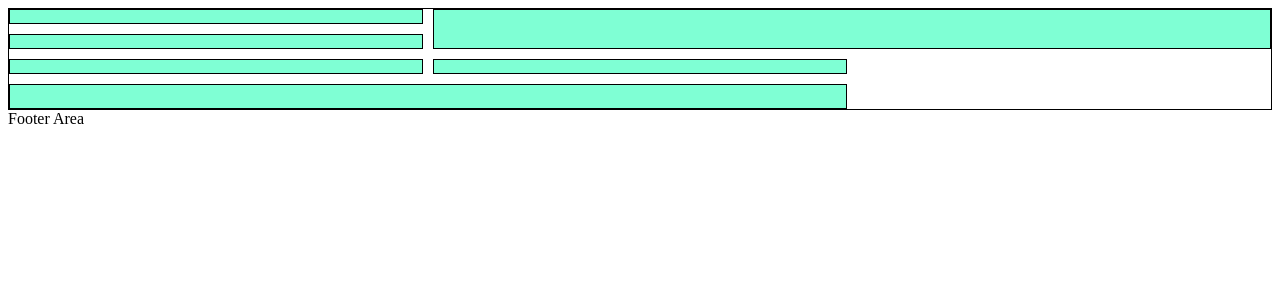
Repository: BwesewB/Brutalist-Website
Page: /
An editor plug-in stored every save of this project. The page is shown before and after the next save, followed by the edit.
The browser window is 1280 px wide. The pictures show the whole page.
The project was rebuilt for these pictures with package versions that can differ from the ones it lists, and the page was loaded fresh each time. The framework's server and built-in components were replaced by stand-ins that run in the browser. Also part of the build but not shown: next.config.mjs.

Above is the page before, as saved 2024-02-03 16:58:41.

After the next save:
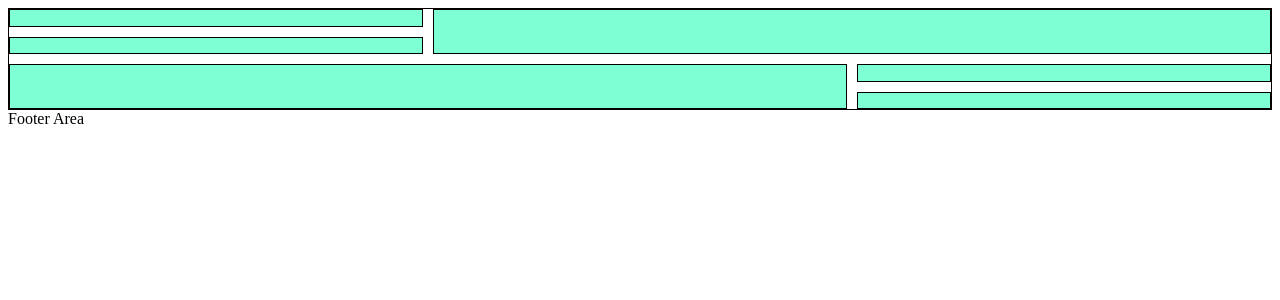
Saved 22 s later.
--- a/styles/Home.module.css
+++ b/styles/Home.module.css
@@ -50,5 +50,5 @@
 
 .posterFour{
   grid-column: 1/3;
-  grid-row: 4/6;
+  grid-row: 3/5;
 }
